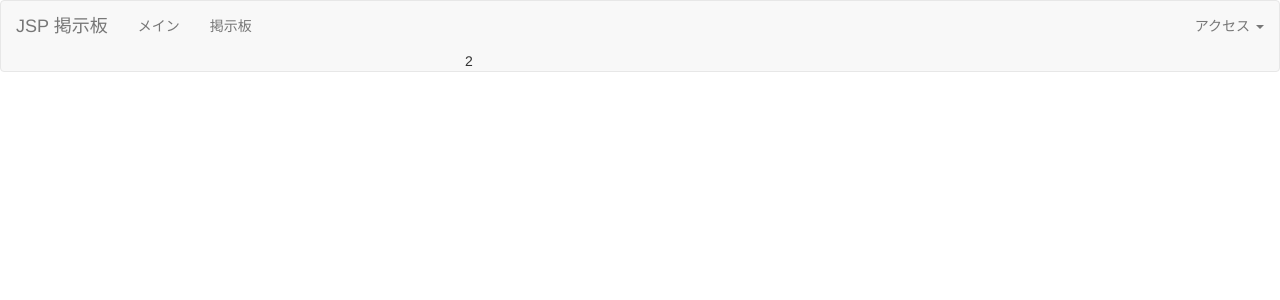
Repository: dengpu/JSP
Page: http://localhost/BBS/login.jsp
The author's editor kept a copy of each file at every save. The page is drawn from the files as they stood at one save, then again after the next save.
The browser window is 1280 px wide. The pictures show the whole page.
Some web libraries are served in a nearby version. The page is served by Tomcat 9. Other server files are loaded and not shown.

Above is the page before, as saved 2017-05-15 02:12:26.

### BBS/WebContent/login.jsp
<%@ page language="java" contentType="text/html; charset=UTF-8"
	pageEncoding="UTF-8"%>
<!DOCTYPE html>
<html>
<head>
<meta http-equiv="Content-Type" content="text/html; charset=UTF-8">
<meta name="viewport" content="width=device-width, initial-scale=1">
<link rel="stylesheet" href="css/bootstrap.css">
<title>JSP 掲示板</title>
</head>
<body>
	<nav class="navbar navbar-default">
		<div class="navbar-header">
			<button type=button class="navbar-toggle collapsed"
				data-toggle="collapse" data-target="#bs-example-navbar-collapse-1"
				aria-expanded="false">
				<span class="icon-bar"></span> <span class="icon-bar"></span> <span
					class="icon-bar"></span>

			</button>
			<a class="navbar-brand" href="main.jsp">JSP 掲示板</a>
		</div>
		<div class="collapse navbar-collapse"
			id="bs-example-navbar-collapse-1">
			<ul class="nav navbar-nav ">
				<li><a href="main.jsp">メイン</a></li>
				<li><a href="bbs.jsp">掲示板</a></li>
			</ul>

			<ul class="nav navbar-nav navbar-right">
				<li class="dropdown"><a href="#" class="dropdown-toggle"
					data-toggle="dropdown" role="button" aria-haspopup="true"
					aria-expanded="false">アクセス <span class="caret"></span>

				</a>
					<ul class="dropdown-menu">
						<li><a href="login.jsp">ログイン</a></li>
						<li><a href="login.jsp">会員登録</a></li>

					</ul></li>
			</ul>
		</div>
		<div class="container">
			<div class="col-lg-4"></div>
			<div class="col-lg-4">
			2
			</div>


		</div>


	</nav>

	<script src="https://code.jquery.com/jquery-3.1.1.min.js"></script>
	<script src="js/bootstrap.js"></script>

</body>
</html>

Loaded but not shown: BBS/WebContent/css/bootstrap.css (library); BBS/WebContent/js/bootstrap.js (library)

After the next save:
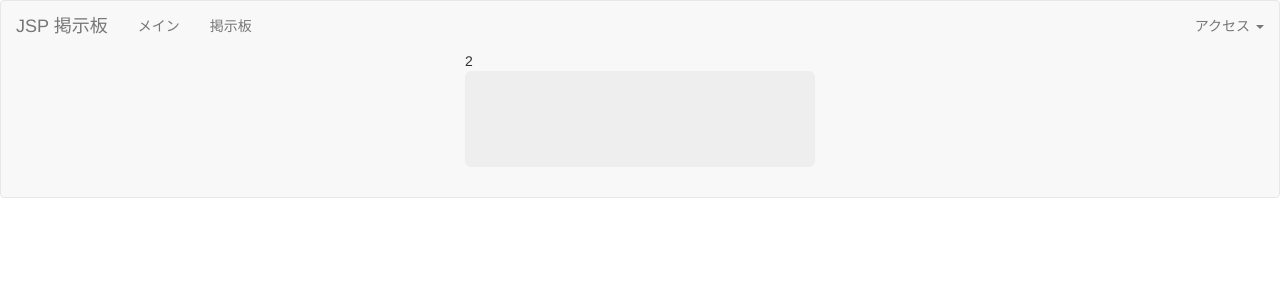
Saved 20 s later.
--- a/BBS/WebContent/login.jsp
+++ b/BBS/WebContent/login.jsp
@@ -44,6 +44,9 @@
 			<div class="col-lg-4"></div>
 			<div class="col-lg-4">
 			2
+			<div class="jumbotron">
+
+			</div>
 			</div>
 
 
